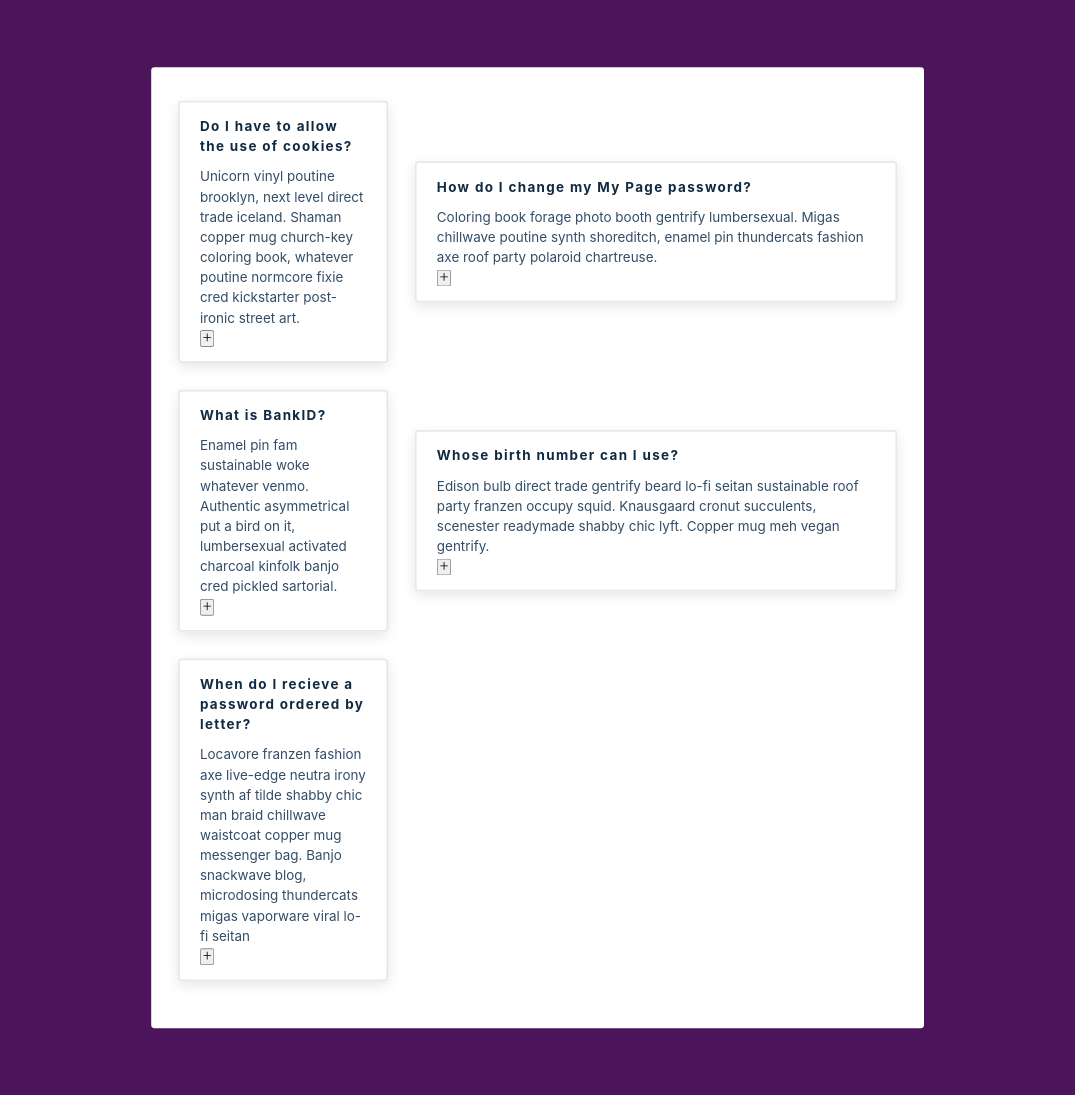
Repository: Reghanoid/Accordion
Page: /
These files come from the project's save history. The page is drawn as it stood at one moment and after the next save; the edit follows.
The browser window is 1280 px wide. The pictures show the whole page, at 84% of full size.
The project was rebuilt for these pictures with package versions that can differ from the ones it lists, and the page was loaded fresh each time.

Above is the page before, as saved 2022-06-06 15:35:25.

### src/App.js
import React, { useState } from 'react'
import data from './data'
import SingleQuestion from './Question'
function App() {
  const question = data.map((datum) => {
    const { key, title, info } = datum
    return <SingleQuestion id={key} title={title} info={info} />
  })
  return <main className='container'>{question}</main>
}

export default App

### src/data.js
const questions = [
  {
    id: 1,
    title: 'Do I have to allow the use of cookies?',
    info:
      'Unicorn vinyl poutine brooklyn, next level direct trade iceland. Shaman copper mug church-key coloring book, whatever poutine normcore fixie cred kickstarter post-ironic street art.',
  },
  {
    id: 2,
    title: 'How do I change my My Page password?',
    info:
      'Coloring book forage photo booth gentrify lumbersexual. Migas chillwave poutine synth shoreditch, enamel pin thundercats fashion axe roof party polaroid chartreuse.',
  },
  {
    id: 3,
    title: 'What is BankID?',
    info:
      'Enamel pin fam sustainable woke whatever venmo. Authentic asymmetrical put a bird on it, lumbersexual activated charcoal kinfolk banjo cred pickled sartorial.',
  },
  {
    id: 4,
    title: 'Whose birth number can I use?',
    info:
      'Edison bulb direct trade gentrify beard lo-fi seitan sustainable roof party franzen occupy squid. Knausgaard cronut succulents, scenester readymade shabby chic lyft. Copper mug meh vegan gentrify.',
  },
  {
    id: 5,
    title: 'When do I recieve a password ordered by letter?',
    info:
      'Locavore franzen fashion axe live-edge neutra irony synth af tilde shabby chic man braid chillwave waistcoat copper mug messenger bag. Banjo snackwave blog, microdosing thundercats migas vaporware viral lo-fi seitan ',
  },
]
export default questions

### src/Question.js
import React, { useState } from 'react'
import { AiOutlineMinus, AiOutlinePlus } from 'react-icons/ai'
const Question = (props) => {
  const [expand, setExpand] = useState(false)

  return (
    <>
      <section className='question'>
        <h4> {props.title} </h4>
        <p> {props.info} </p>
        <button>
          <AiOutlinePlus />
        </button>
      </section>
    </>
  )
}

export default Question

Loaded but not shown: public/index.html (common file); src/index.js (common file); src/index.css (common file)

After the next save:
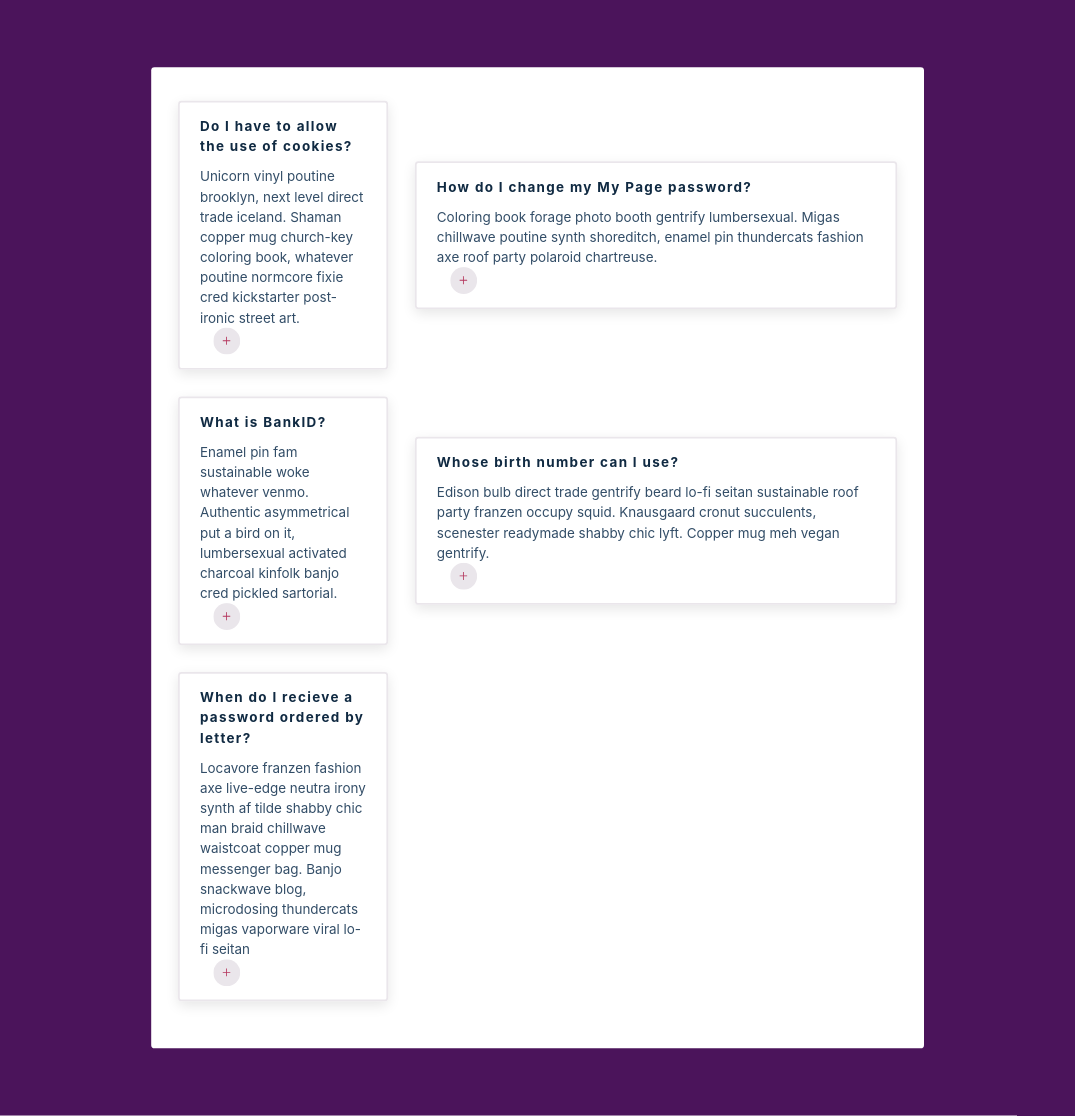
Saved 6 s later.
--- a/src/Question.js
+++ b/src/Question.js
@@ -8,7 +8,7 @@ const Question = (props) => {
       <section className='question'>
         <h4> {props.title} </h4>
         <p> {props.info} </p>
-        <button>
+        <button className='btn'>
           <AiOutlinePlus />
         </button>
       </section>
